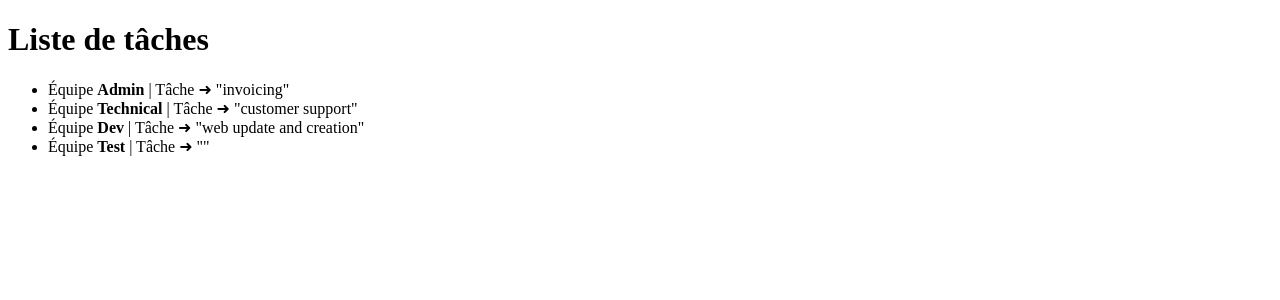
Repository: 0Memo/tasksHandler
Page: http://localhost/tasks
An editor plug-in stored every save of this project. The page is shown before and after the next save, followed by the edit.
The browser window is 1280 px wide. The pictures show the whole page.
The page is served by the project's Laravel application, run on PHP 8.4 with Laravel 10.

Above is the page before, as saved 2023-05-22 14:22:48.

After the next save:
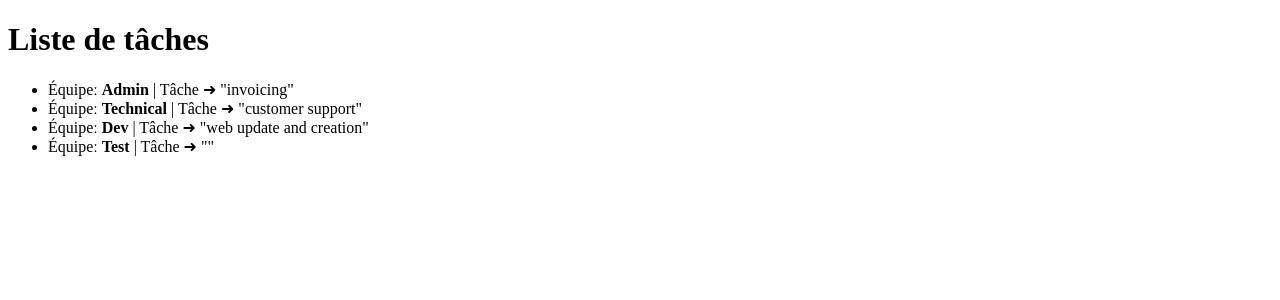
Saved 24 s later.
--- a/resources/views/tasksList.blade.php
+++ b/resources/views/tasksList.blade.php
@@ -7,7 +7,7 @@
     <h1>Liste de tâches</h1>
     <ul>
         @foreach($tasks as $task)
-            <li>Équipe <strong>{{ $task['team_name'] }}</strong> | Tâche ➜ "{{ $task['task'] }}"</li>
+            <li>Équipeː <strong>{{ $task['team_name'] }}</strong> | Tâche ➜ "{{ $task['task'] }}"</li>
         @endforeach
     </ul>
 </body>
